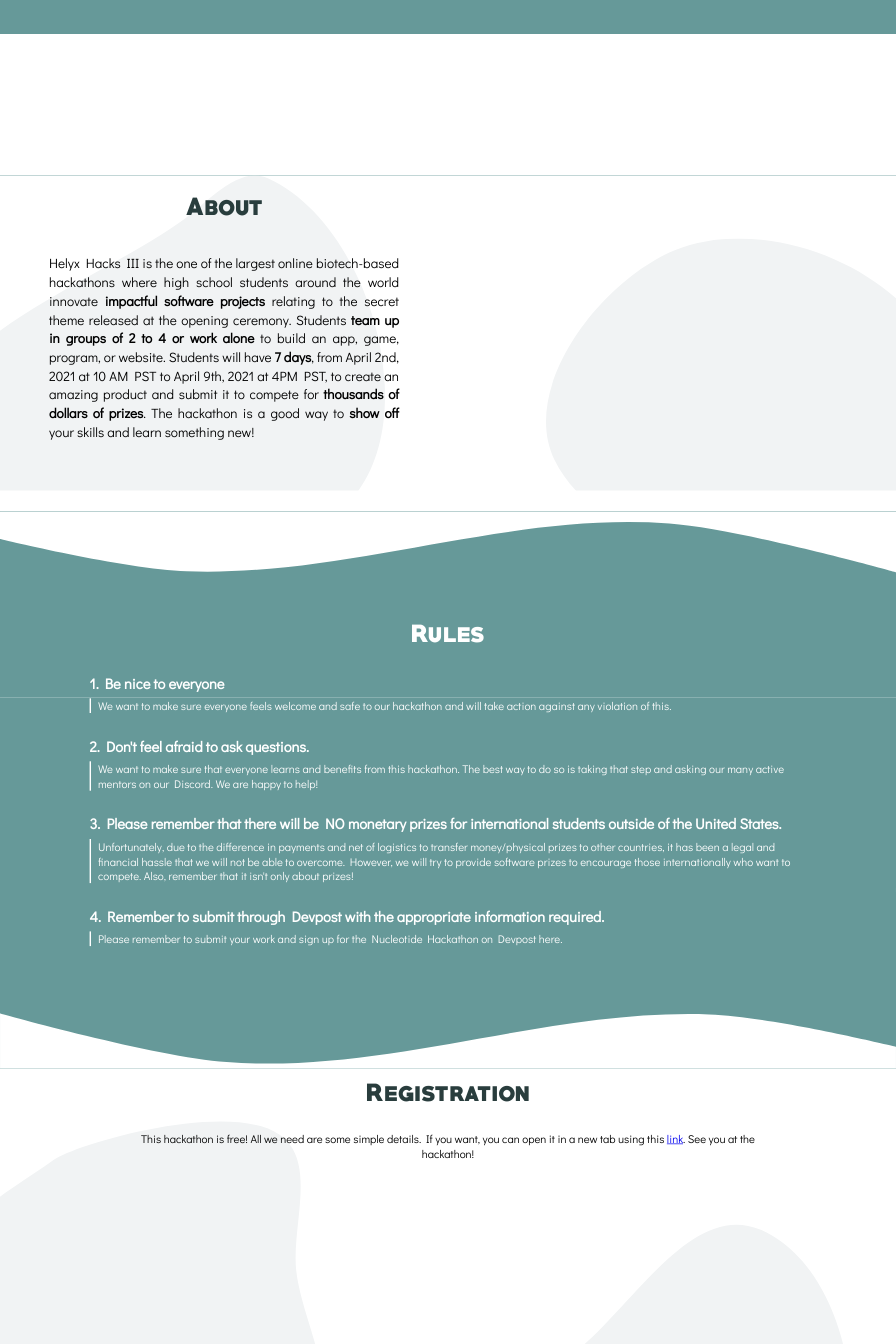
Repository: yashg4509/helyxhacksIII
Page: index.html
The author's editor kept a copy of each file at every save. The page is drawn from the files as they stood at one save, then again after the next save.
The browser window is 1280 px wide. The pictures show the part of the page from y = 542 to 2462 px (the page is 7343 px tall before and 9408 px after), at 70% of full size.
Pictures or frames that could not be fetched are drawn as grey boxes. A picture or video elsewhere on the page could not be fetched, so the positions and the page height are approximate.

Above is the page before, as saved 2021-02-17 23:47:46.

After the next save:
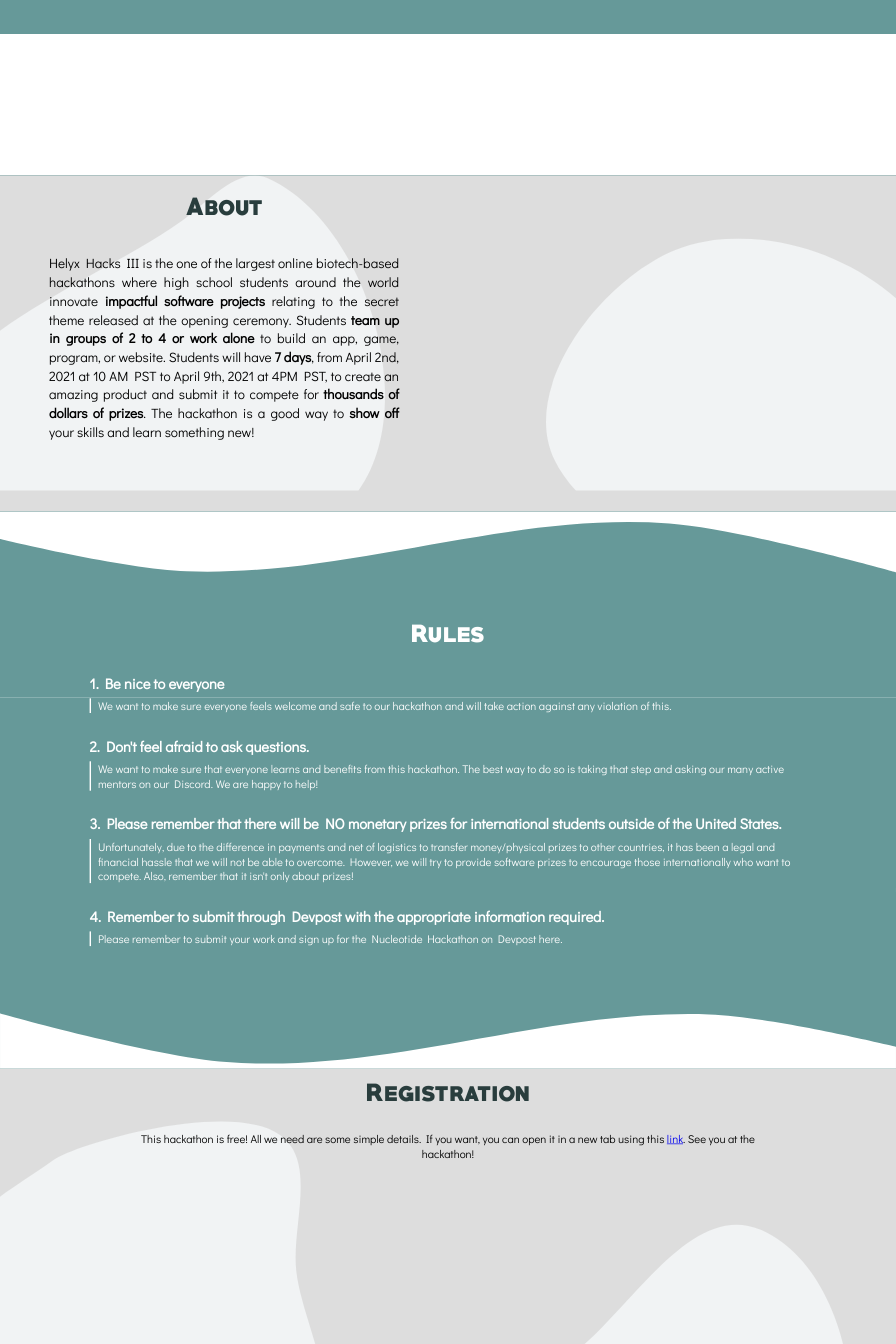
Saved 60 s later.
--- a/index.html
+++ b/index.html
@@ -456,6 +456,114 @@
 				<div class="name">
 					Team
 				</div>
+				<style>
+					body {
+						background: #ddd;
+					}
+
+					h2 {
+						text-transform: uppercase;
+						margin-bottom: 30px;
+						font-weight: bold;
+						font-size: 50px;
+					}
+
+					.team-area {
+						padding-top: 3%;
+					}
+
+					.single-team {
+						background-color: dodgerblue;
+						margin-bottom: 10px;
+					}
+
+					.single-team:hover .social {
+						cursor: pointer;
+						opacity: 1;
+						transform: rotateY(0deg) scale(1, 1);
+					}
+
+					.img-area {
+						overflow: hidden;
+						position: relative;
+					}
+
+					.img-area img {
+						width: 100%;
+					}
+
+					.img-area:hover img {
+						transform: scale(1.2)
+					}
+
+					.img-area img {
+						transition: all 0.4s ease 0s;
+					}
+
+					@media (max-width: 768px) {
+						.img-area img {
+							display: inline-block;
+						}
+					}
+
+					.img-area .social {
+						background-color: rgba(0, 0, 0, 0.7);
+						position: absolute;
+						text-align: center;
+						height: 100%;
+						width: 100%;
+						left: 0;
+						top: 0;
+						opacity: 0;
+						transition: .5s;
+						transform: rotateY(180deg) scale(0.5, 0.5);
+					}
+
+					.img-area .social ul {
+						text-align: center;
+						position: relative;
+						top: 175px;
+					}
+
+					.img-area .social ul li a {
+						border: 1px solid #fff;
+						color: #fff;
+						display: block;
+						font-size: 20px;
+						height: 40px;
+						width: 40px;
+						line-height: 40px;
+						text-align: center;
+					}
+
+					.img-area .social ul li a:hover {
+						background-color: #fff;
+						color: #000;
+						border: 1px solid transparent;
+					}
+
+					.img-text {
+						padding: 25px;
+						color: #fff;
+						text-align: center;
+					}
+
+					.img-text h4 {
+						margin: 0 0 5px;
+						font-size: 30px;
+						font-family: lato;
+						letter-spacing: 5px;
+						text-transform: uppercase;
+						font-weight: bold;
+					}
+
+					.img-text h5 {
+						font-size: 17px;
+						text-transform: uppercase;
+						font-weight: bold;
+						letter-spacing: 2px;
+					}
+				</style>
 				<div class="team-area">
 					<div class="container">
 						<h2 class="text-center">
